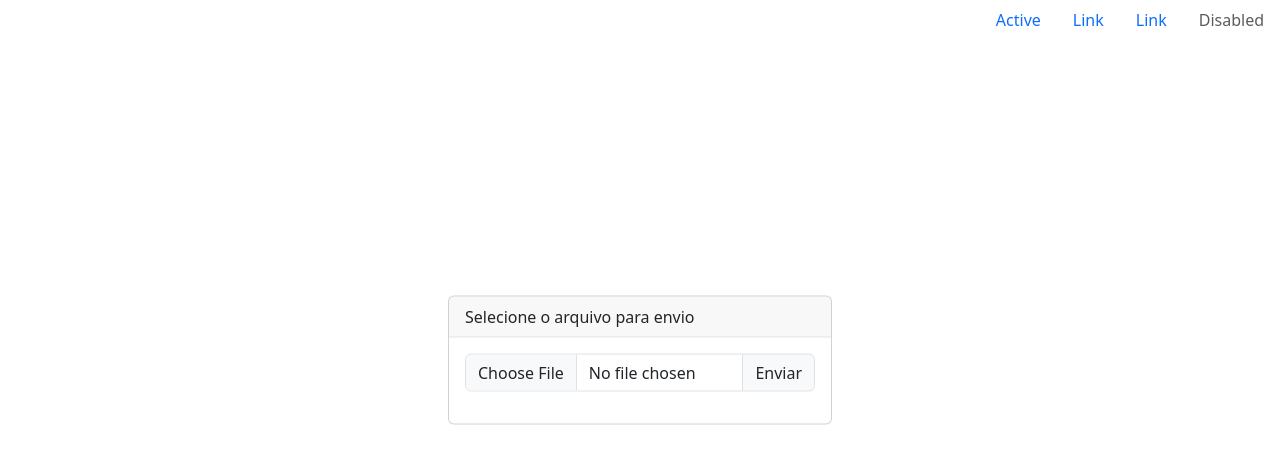
Repository: vandrecx/utilitaries
Page: http://localhost/login_archive/userpage.php
These files come from the project's save history. The page is drawn as it stood at one moment and after the next save; the edit follows.
The browser window is 1280 px wide. The pictures show the whole page.
The page is run by PHP 8.4 with error messages shown; the project is at /var/www/html/. The session is filled in as if someone had signed in: {"ID": "testuser", "Email": "test@example.com", "Name": "testuser"}. Other server files are loaded and not shown.

Above is the page before, as saved 2024-04-25 10:51:01.

### login_archive/userpage.php
<?php

require_once 'Conn.php';

session_start();

$user_id = $_SESSION['ID'];
$user_email = $_SESSION['Email'];
$user_name = $_SESSION['Name'];

?>

<!DOCTYPE html>
<html lang="en">
<head>
    <meta charset="UTF-8">
    <meta name="viewport" content="width=device-width, initial-scale=1.0">
    <link href="https://cdn.jsdelivr.net/npm/bootstrap@5.3.3/dist/css/bootstrap.min.css" rel="stylesheet" integrity="sha384-QWTKZyjpPEjISv5WaRU9OFeRpok6YctnYmDr5pNlyT2bRjXh0JMhjY6hW+ALEwIH" crossorigin="anonymous">
    <title>Página do Usuário</title>
</head>
<body>
    <ul class="nav justify-content-end">
        <li class="nav-item">
            <a class="nav-link active" aria-current="page" href="#">Active</a>
        </li>
        <li class="nav-item">
            <a class="nav-link" href="#">Link</a>
        </li>
        <li class="nav-item">
            <a class="nav-link" href="#">Link</a>
        </li>
        <li class="nav-item">
            <a class="nav-link disabled" aria-disabled="true">Disabled</a>
        </li>
    </ul>
    <div class='card' style='width: 30%; justify-content: center; position: absolute; top: 50%; left: 50%; transform: translate(-50%, -50%);'>
        <div class="card-header">
            Selecione o arquivo para envio
        </div>
        <div class="card-body">
            <form>
                <div class="input-group mb-3">
                    <input type="file" class="form-control" id="inputGroupFile02">
                    <label class="input-group-text" for="inputGroupFile02">Enviar</label>
                </div>
            </form>
        </div>
    </div>
</body>
</html>

### login_archive/Conn.php
<?php

define('HOSTNAME', 'localhost');
define('USERNAME', 'root');
define('PASSWORD', '');
define('DBNAME', 'upload');

$conn = new mysqli(HOSTNAME, USERNAME, PASSWORD, DBNAME);

if($conn->errno){
    die("Falha na conexão: ".$conn->error);
}else{
    //echo "Conexão realizada com sucesso!";
}

?>

After the next save:
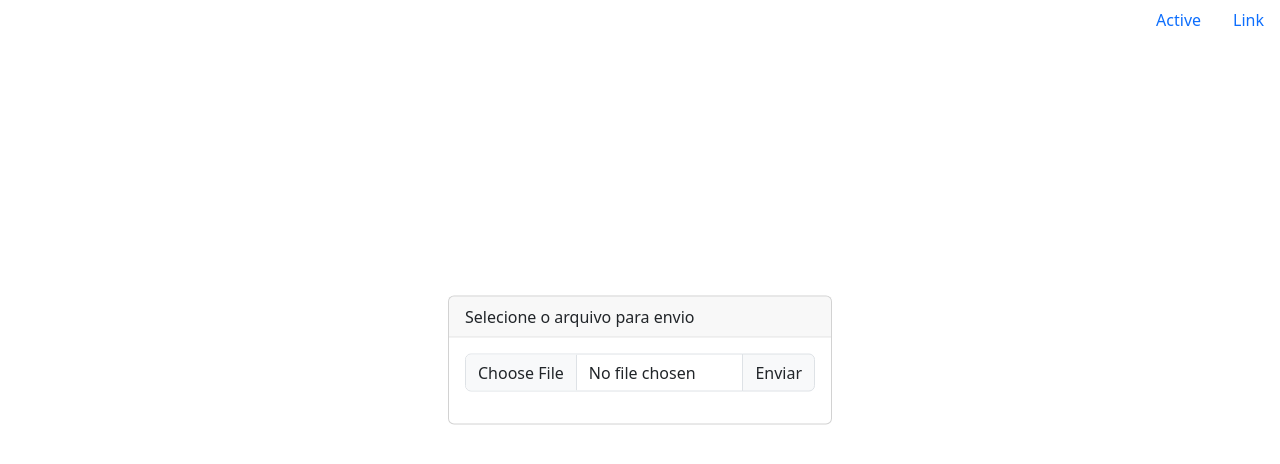
Saved 33 s later.
--- a/login_archive/userpage.php
+++ b/login_archive/userpage.php
@@ -24,13 +24,7 @@
             <a class="nav-link active" aria-current="page" href="#">Active</a>
         </li>
         <li class="nav-item">
-            <a class="nav-link" href="#">Link</a>
-        </li>
-        <li class="nav-item">
-            <a class="nav-link" href="#">Link</a>
-        </li>
-        <li class="nav-item">
-            <a class="nav-link disabled" aria-disabled="true">Disabled</a>
+            <a class="nav-link active" href="#">Link</a>
         </li>
     </ul>
     <div class='card' style='width: 30%; justify-content: center; position: absolute; top: 50%; left: 50%; transform: translate(-50%, -50%);'>
